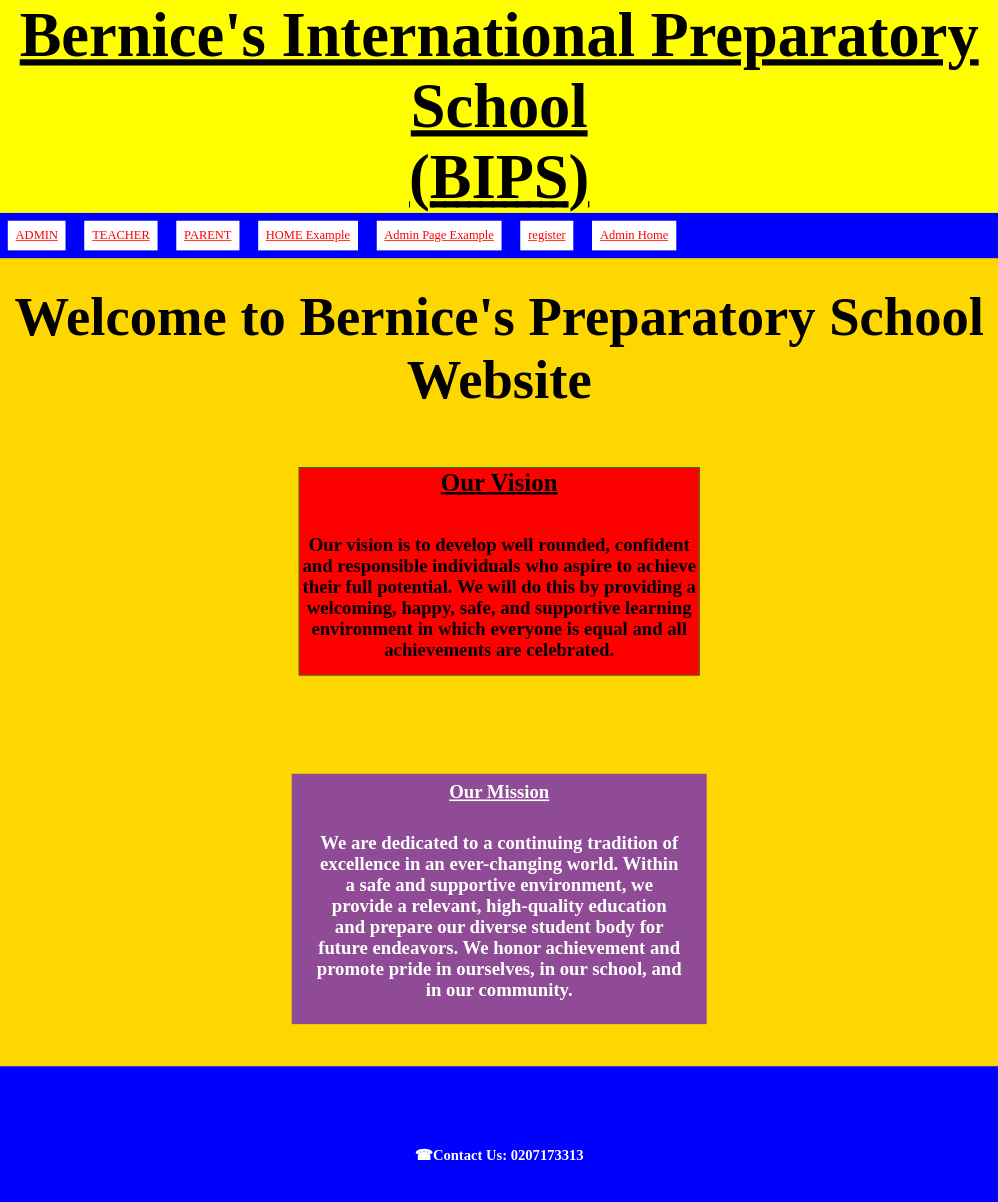
Repository: joseackah/eclipse-workspace
Page: http://localhost/com.school.mgt.system.Front.End/WEB-INF/views/index.jsp
These files come from the project's save history. The page is drawn as it stood at one moment and after the next save; the edit follows.
The browser window is 1280 px wide. The pictures show the whole page, at 78% of full size.
The page is served by Tomcat 9. Nobody is signed in. The template is opened directly, without the code that normally fills it, so the values that code supplies are empty.

Above is the page before, as saved 2021-08-16 12:11:24.

After the next save:
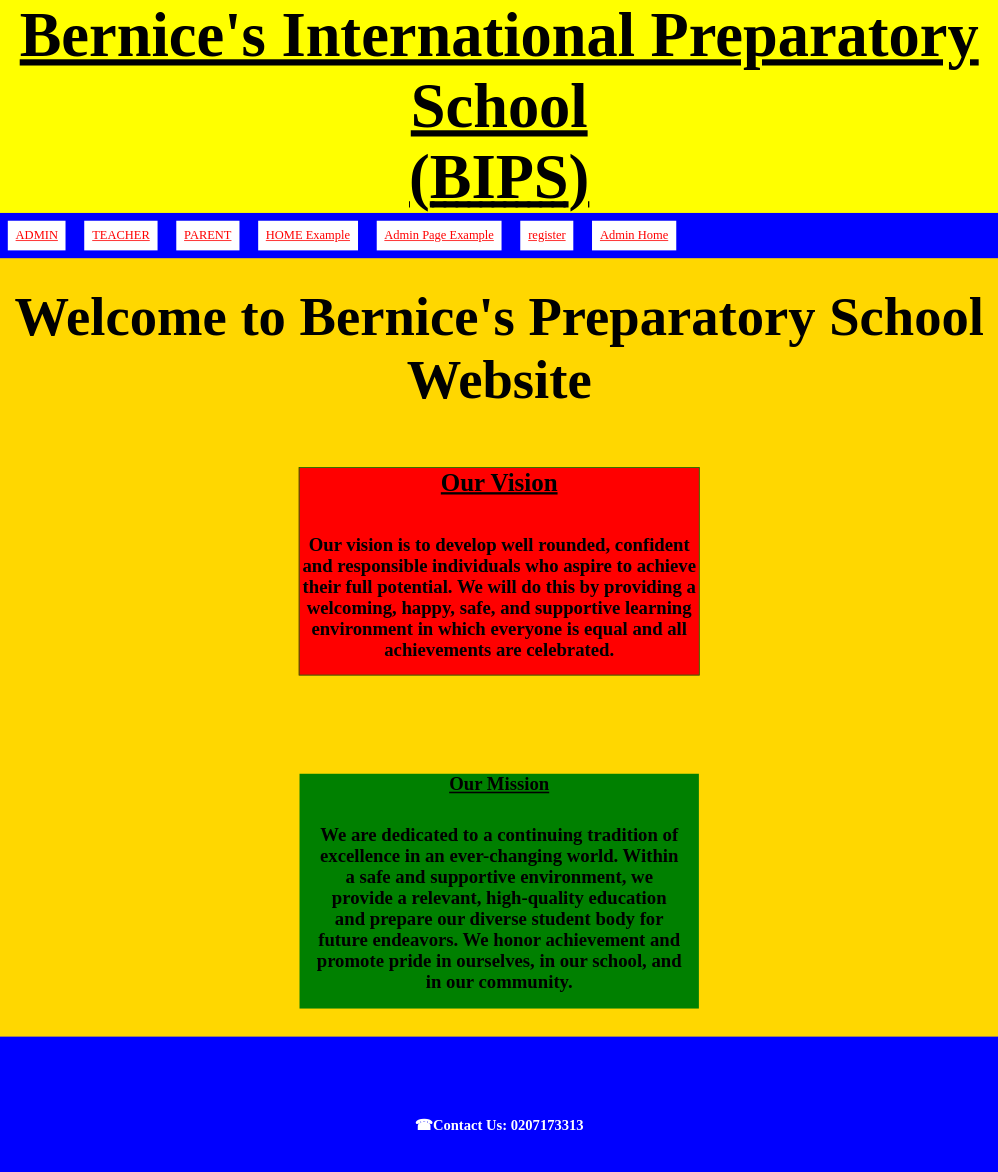
Saved 2 min 29 s later.
--- a/com.school.mgt.system.Front.End/src/main/webapp/WEB-INF/views/index.jsp
+++ b/com.school.mgt.system.Front.End/src/main/webapp/WEB-INF/views/index.jsp
@@ -90,12 +90,12 @@ align-content: center;
   <div class="card-body"><p  style="padding: 5px; margin: 10px;"><h2> Our vision is to develop well rounded, confident and responsible individuals who aspire to achieve their full potential. We will do this by providing a welcoming, happy, safe, and supportive learning environment in which everyone is equal and all achievements are celebrated. </h2></p></div>  <br/>
 </div>
 </div><br /> <br /><br /> <br /><br /> <br /><br /> <br />
-<div class="aside" style="display:inline-block; width:40%; background-color:green;  height: 50%;" >
-<article >
+<div class="card" style="display:inline-block; width:40%; background-color:green;  height: 50%;" >
+<div >
 
-<header> <h2> <ins> Our Mission</ins></h2></header> <br/>
-<h2> <p style="padding: 10px; margin: 10px;"> We are dedicated to a continuing tradition of excellence in an ever-changing world. Within a safe and supportive environment, we provide a relevant, high-quality education and prepare our diverse student body for future endeavors. We honor achievement and promote pride in ourselves, in our school, and in our community. </p></h2>
-</article>
+<div class="card-header"> <h2> <ins> Our Mission</ins></h2></header> <br/>
+ <div class="card-body"><h2> <p style="padding: 10px; margin: 10px;"> We are dedicated to a continuing tradition of excellence in an ever-changing world. Within a safe and supportive environment, we provide a relevant, high-quality education and prepare our diverse student body for future endeavors. We honor achievement and promote pride in ourselves, in our school, and in our community. </p></h2></div>
+</div>
 </div>
 </div>
 <br /> <br/> <br/>
